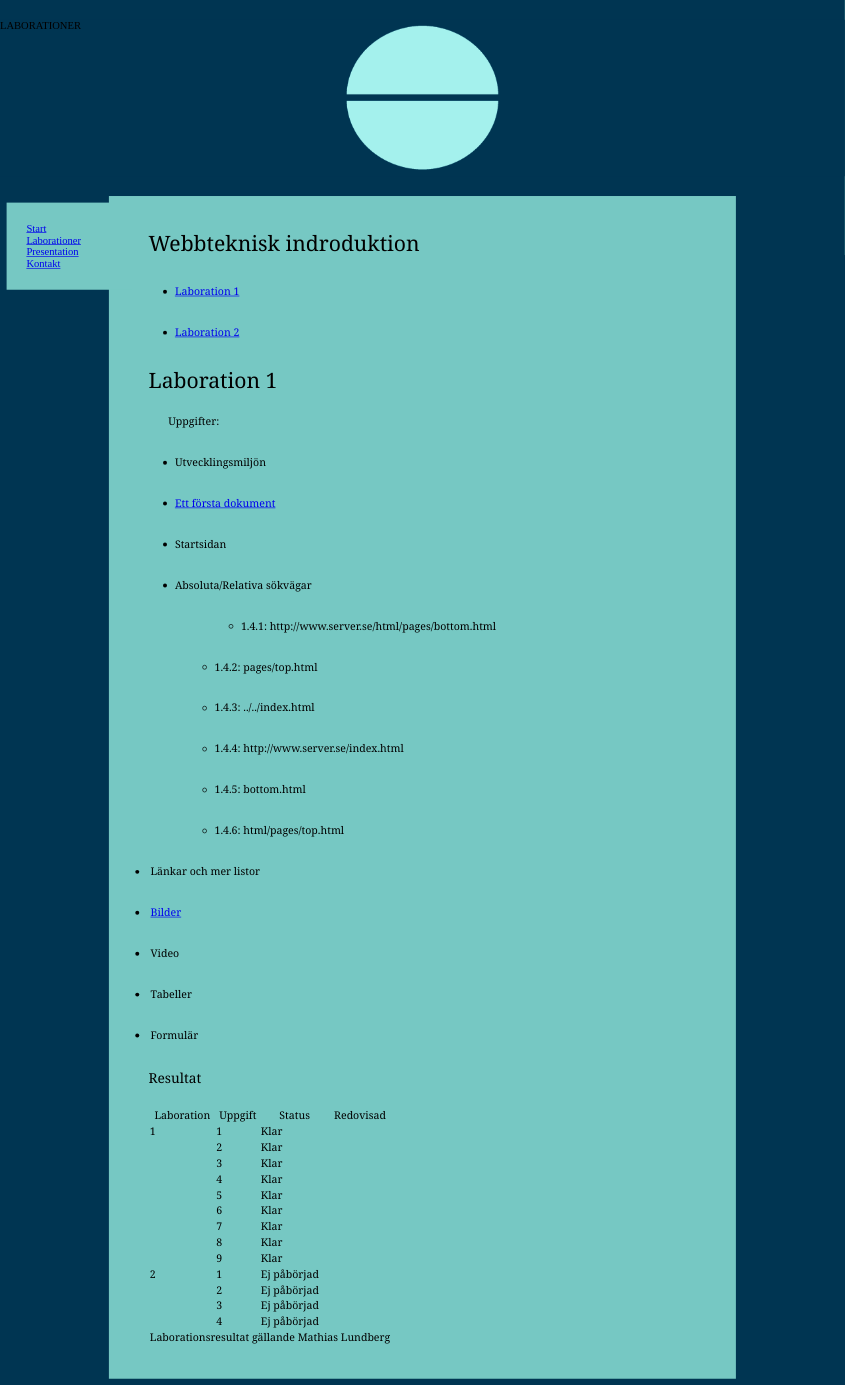
Repository: ml223nw/1ik415-laborationer
Page: pages/laborationer.html
The author's editor kept a record of every edit. The page is drawn from the files as they stood at one moment, then again after the next edit.
The browser window is 1280 px wide. The pictures show the whole page, at 66% of full size.

Above is the page before.

After the next edit:
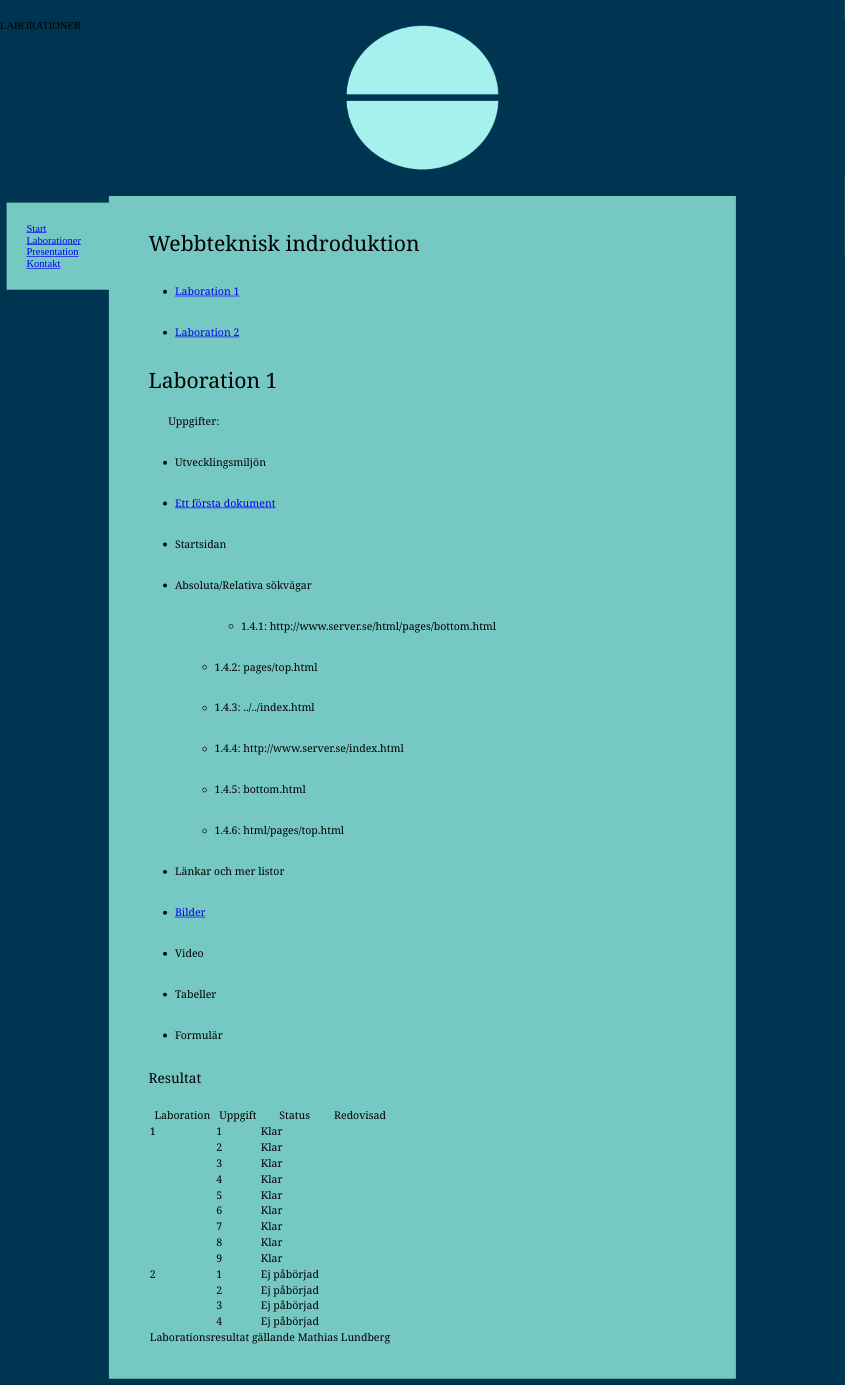
The edit:
--- a/pages/laborationer.html
+++ b/pages/laborationer.html
@@ -60,7 +60,6 @@
       <ul>
         <li>1.4.6: html/pages/top.html</li>
       </ul>
-    </ul>
 
 
       <li>Länkar och mer listor</li>
